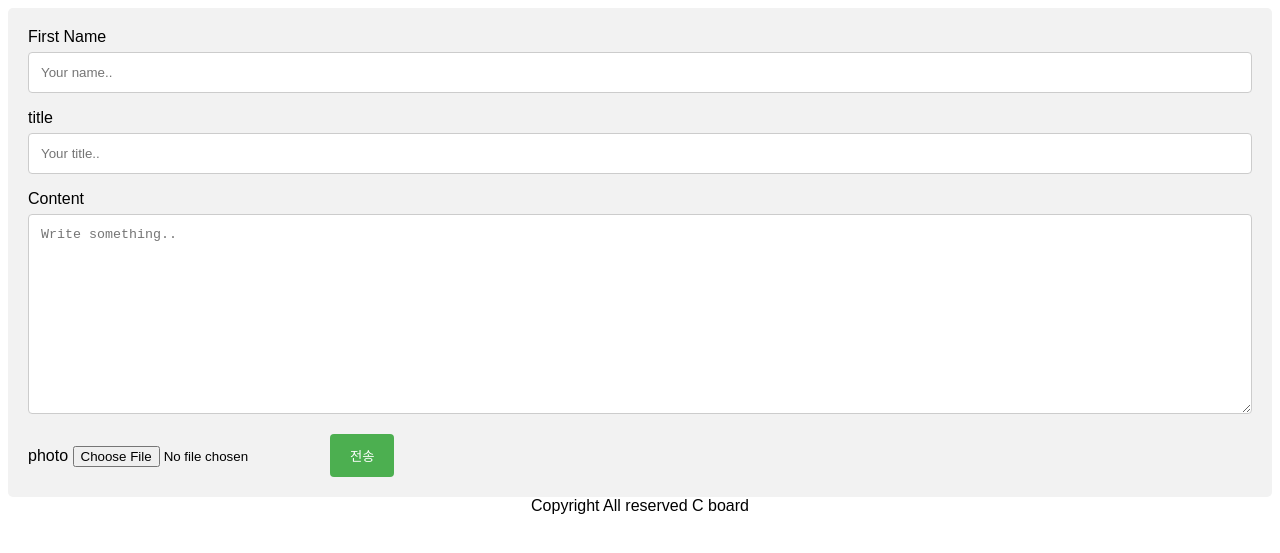
Repository: gudbrwkd98/JavaEE-JSP
Page: http://localhost/BoardApp/imageboard/regist_form.jsp
These files come from the project's save history. The page is drawn as it stood at one moment and after the next save; the edit follows.
The browser window is 1280 px wide. The pictures show the whole page.
The page is served by Tomcat 9.

Above is the page before, as saved 2020-12-04 06:24:57.

After the next save:
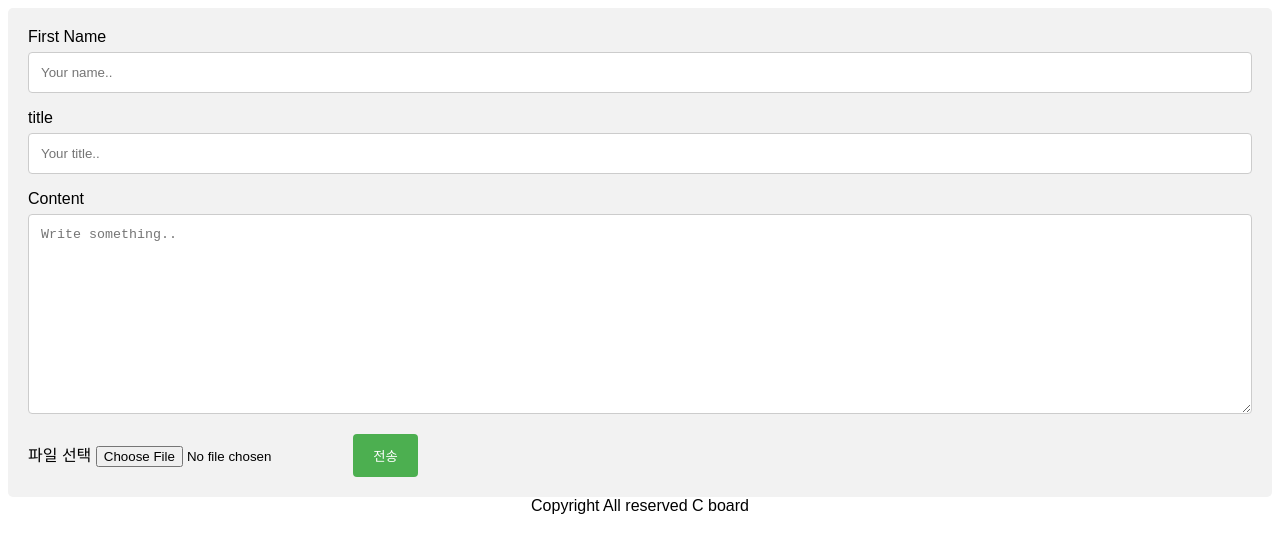
Saved 20 s later.
--- a/BoardApp/WebContent/imageboard/regist_form.jsp
+++ b/BoardApp/WebContent/imageboard/regist_form.jsp
@@ -66,7 +66,7 @@ $(function(){
 	<label for="subject">Content</label>
     <textarea id="subject" name="content" placeholder="Write something.." style="height:200px"></textarea>
 
-	<label for="la_photo">photo</label>
+	<label for="la_photo">파일 선택</label>
 	<input type="file" id="la_photo" name = "photo">
 
     <input type="button" value="전송">
